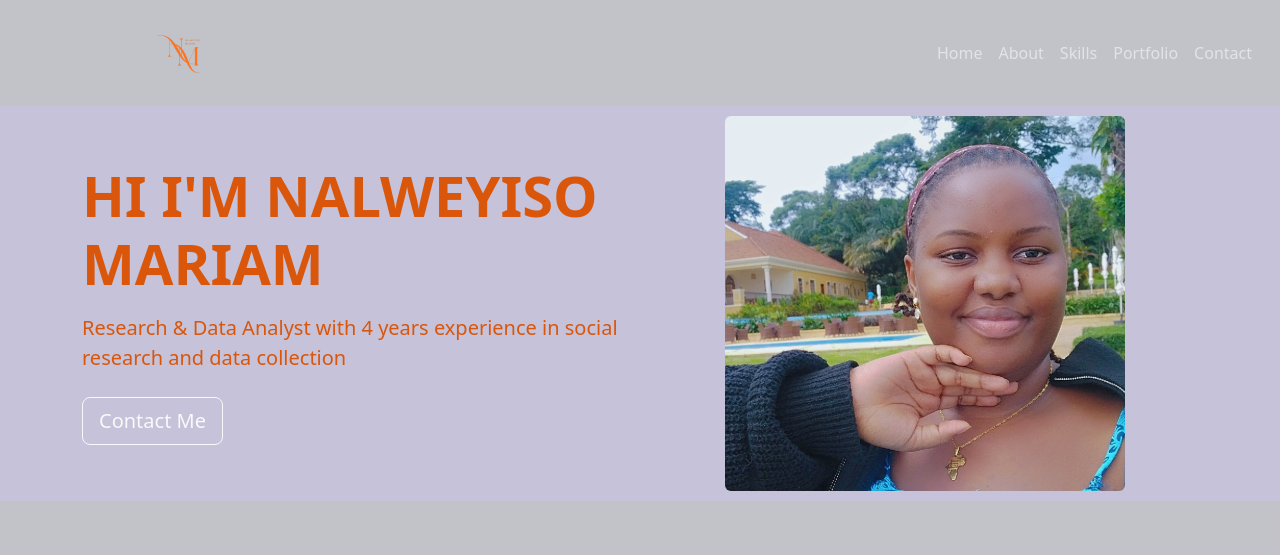
Repository: NalweMari/My-Personal-Portfolio
Page: index.html
These files come from the project's save history. The page is drawn as it stood at one moment and after the next save; the edit follows.
The browser window is 1280 px wide. The pictures show the part of the page from y = 0 to 555 px (the page is 1005 px tall before and 985 px after).
A picture or video elsewhere on the page could not be fetched, so the positions and the page height are approximate.

Above is the page before, as saved 2025-11-28 12:56:09.
Console error (its wording comes from the project's code and is left out).

### index.html
<!DOCTYPE html>
<html lang="en">

<head>
    <meta charset="UTF-8">
    <meta name="viewport" content="width=device-width, initial-scale=1.0">
    <title>My Portfolio</title>
    <link rel="stylesheet" href="style.css">
    <!-- Bootstrap CSS -->
    <link href="https://cdn.jsdelivr.net/npm/bootstrap@5.3.0/dist/css/bootstrap.min.css" rel="stylesheet">
    <!-- Font Awesome for icons -->
    <link rel="stylesheet" href="https://cdnjs.cloudflare.com/ajax/libs/font-awesome/6.4.0/css/all.min.css">
</head>
<body>
    <!-- Navigation -->

    <nav class="navbar navbar-expand-lg navbar-dark bg-custom fixed top">
        <div class="container me-2">
            <a class="navbar-brand Logo" href="#"><img src="images/Initials_Logo-preview (1).png" alt="Your Logo"
                    height="80"></a> <button class="navbar-toggler" type="button" data- 6 toggle="collapse"
                data-target="#navbarNav" aria-controls="navbarNav" aria-expanded="false" aria-label="Toggle navigation">
                <span class="navbar-toggler-icon"></span> </button>
            <div class="collapse navbar-collapse" id="navbarNav">
                <ul class="navbar-nav ms-auto">
                    <li class="nav-item"><a class="nav-link" href="#home">Home</a></li>
                    <li class="nav-item"><a class="nav-link" href="#about">About</a></li>
                    <li class="nav-item"><a class="nav-link" href="#skills">Skills</a></li>
                    <li class="nav-item"><a class="nav-link" href="#portfolio">Portfolio</a></li>
                    <li class="nav-item"><a class="nav-link" href="#contact">Contact</a></li>
                </ul>
            </div>
        </div>
    </nav>

    <!-- Hero Section -->
    <section id="home" class="hero-section">
        <div class="container">
            <div class="row align-items-center">
                <div class="col-lg-6">
                    <h1 class="display-4 fw-bold mb-3">HI I'M NALWEYISO MARIAM</h1>
                    <p class="lead mb-4">Research & Data Analyst with 4 years experience in social research and data
                        collection</p>
                    <div class="d-flex flex-wrap gap-3">
                       <a href="#contact" class="btn btn-outline-light btn-lg">Contact Me</a>
                    </div>
                </div>
                <div class="col-lg-6 text-center mt-5 mt-lg-0">
                    <img src="images/Profile design.png" class="img-fluid rounded large-profile"
                        alt="Nalweyiso Mariam">
                </div>
            </div>
        </div>
    </section>

    <!-- About Section -->
    <section id="about" class="py-5 bg-custom">
        <div class="container">
            <h2 class="section-title">About Me</h2>
            <div class="row align-items-center">
                <div class="col-lg-4 text-center mb-4 mb-lg-0">
                    <img src="images/woman coding.jpg" class="img-fluid rounded shadow" alt="Nalweyiso Mariam"
                        style="max-width: 300px;">
                </div>
                <div class="col-lg-8">
                    <p class="lead">Hi, I'm Nalweyiso Mariam. I'm a research/data analyst with 4 years of experience in
                        social research, qualitative and quantitative data collection.</p>
                    <p>I'm currently developing strong analytical capacity with practical learning in Excel, SQL,
                        Python,
                        and data visualization. Skilled in documentation, scheduling, planning, teamwork, and report
                        drafting, with additional beginner-level exposure to web development.I'm always excited about
                        challenges and take on challenging projects.</p>
                    <div class="row mt-4">
                        <div class="col-md-6">
                            <ul class="list-unstyled">
                                <li class="mb-2"><i class="fas fa-check text-primary me-2"></i> Social Research</li>
                                <li class="mb-2"><i class="fas fa-check text-primary me-2"></i> Data Analysis</li>
                                <li class="mb-2"><i class="fas fa-check text-primary me-2"></i> Qualitative Methods</li>
                            </ul>
                        </div>
                        <div class="col-md-6">
                            <ul class="list-unstyled">
                                <li class="mb-2"><i class="fas fa-check text-primary me-2"></i> web development</li>
                                <li class="nav-item"><i class="fas fa-check text-primary me-2"></i> Data Visualization
                                </li>
                                <li class="mb-2"><i class="fas fa-check text-primary me-2"></i> Project Documentation
                                </li>
                            </ul>
                        </div>
                    </div>
                    <div class="mt-4">
                        <a href="#" class="btn btn-primary me-3"><i class="fas fa-download me-2"></i>Download CV</a>
                    </div>
                </div>
            </div>
        </div>
    </section>
    <script src="https://stackpath.bootstrapcdn.com/bootstrap/4.5.2/js/bootstrap.min.js"></script>
</body>

</html>

### Style.css
.bg-custom {
  background-color: rgba(3, 0, 31, 0.24);
}
.navbar-dark .navbar-nav .nav-link:hover {
    color: rgb(218, 86, 10);
}
.hero-section {
  background-color: rgba(13, 3, 99, 0.24);
  color:  rgb(218, 86, 10);
 padding: 10px 0;
}
.large-profile {
    width: 400px;
    height: 400px;
    object-fit: cover;
}
/* .skill-bar {
  height: 20px;
  background-color: #e9ecef;
  border-radius: 5px;
  margin-bottom: 15px;
}
.skill-progress {
  height: 100%;
  border-radius: 5px;
  background-color: #0d6efd;
}
.project-card {
  transition: transform 0.3s;
}
.project-card:hover {
  transform: translateY(-5px);
} */

After the next save:
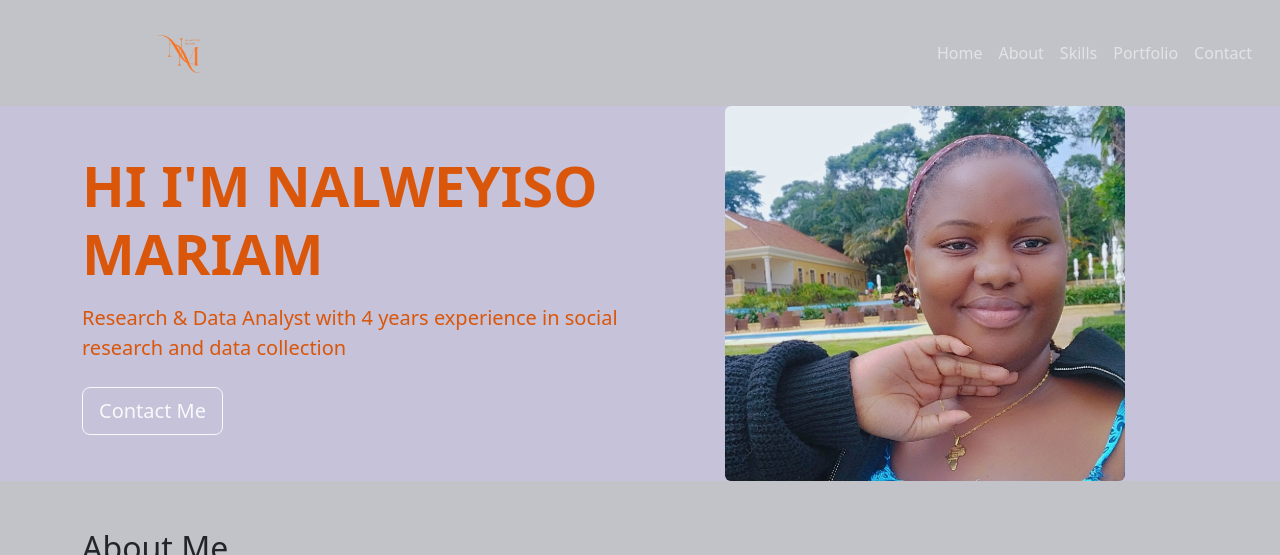
Saved 11 min 14 s later.
--- a/Style.css
+++ b/Style.css
@@ -7,7 +7,7 @@
 .hero-section {
   background-color: rgba(13, 3, 99, 0.24);
   color:  rgb(218, 86, 10);
- padding: 10px 0;
+ /* padding: 10px 0; */
 }
 .large-profile {
     width: 400px;
